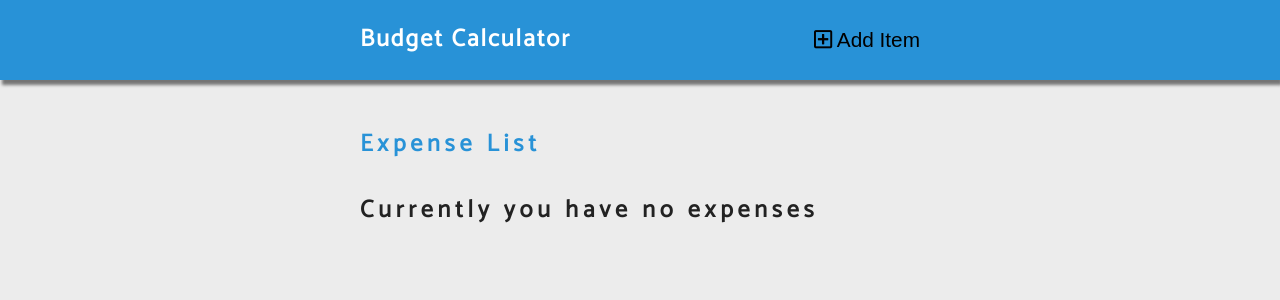
Repository: webdril/budget
Page: /
The author's editor kept a copy of each file at every save. The page is drawn from the files as they stood at one save, then again after the next save.
The browser window is 1280 px wide. The pictures show the whole page.
The project was rebuilt for these pictures with package versions that can differ from the ones it lists, and the page was loaded fresh each time. Also part of the build but not shown: src/Expense.svelte.

Above is the page before, as saved 2020-03-02 00:58:46.

### public/index.html
<!DOCTYPE html>
<html lang="en">
<head>
	<meta charset='utf-8'>
	<meta name='viewport' content='width=device-width,initial-scale=1'>

	<title>Budget Calculator</title>

	<link rel='icon' type='image/png' href='/favicon.png'>
	<link rel='stylesheet' href='/global.css'>
	<link rel='stylesheet' href='/build/bundle.css'>
	<!-- Font Awesome -->
	<link rel="stylesheet" href="fontawesome-free-5.11.2-web/css/all.min.css">

	<script defer src='/build/bundle.js'></script>
</head>

<body>
</body>
</html>

### src/App.svelte
<script>
// components
import Navbar from './Navbar.svelte'
import ExpensesList from './ExpensesList.svelte'

// Data
import expensesData from './expenses';

// variables
let expenses = [...expensesData];
</script>

<!-- CSS/STYLING -->

<Navbar />
<main class="content">
	<ExpensesList />
</main>

### src/Navbar.svelte
<nav class="nav">
	<div class="nav-center">
		<h1 class="nav-title">Budget Calculator</h1>
		<button type="button" class="nav-btn">
			<i class="far fa-plus-square" />
			Add Item
		</button>
	</div>
</nav>

### src/ExpensesList.svelte
<script>
import SectionTitle from './Title.svelte';
import Expense from './Expense.svelte';
export let expenses = [];
</script>

<section>
    <SectionTitle title= 'expense list' />
    <ul>
        {#each expenses as expense}
            <Expense />
            {:else}
                <h2>Currently you have no expenses</h2>

        {/each}
    </ul>
</section>

### src/Title.svelte
<script>
export let title = "default title";

</script>


<div class="main-title">
 <h2>{title}</h2>
</div>

### public/global.css
/*
======
Fonts
======
*/
@import url("https://fonts.googleapis.com/css?family=Catamaran:300,400&display=swap");
/*
======
Variables
======
*/
:root {
  --primaryColor: #2892d7;
  --mainWhite: #fff;
  --offWhite: #f7f7f7;
  --mainBlack: #222;
  --mainGrey: #ececec;
  --darkGrey: #afafaf;
  --mainTransition: all 0.3s linear;
  --mainSpacing: 0.3rem;
  --lightShadow: 2px 5px 3px 0px rgba(0, 0, 0, 0.5);
  --darkShadow: 4px 10px 5px 0px rgba(0, 0, 0, 0.5);
  --mainBorderRadius: 0.25rem;
}
/*
======
Global Styles
======
*/
* {
  margin: 0;
  padding: 0;
  box-sizing: border-box;
}

body {
  font-family: "Catamaran", sans-serif;
  color: var(--mainBlack);
  background: var(--mainGrey);
  line-height: 1.4;
  font-size: 1rem;
  font-weight: 300;
}
h1,
h2,
h3,
h4,
h5,
h6 {
  font-family: "Catamaran", sans-serif;
  margin-bottom: 1.25rem;
  letter-spacing: var(--mainSpacing);
}
p {
  margin-bottom: 1.25rem;
}
ul {
  list-style-type: none;
}
a {
  text-decoration: none;
  color: var(--mainBlack);
}
/*
======
Buttons
======
*/
.btn,
.btn-white,
.btn-primary {
  text-transform: uppercase;
  letter-spacing: var(--mainSpacing);
  color: var(--primaryColor);
  border: 2px solid var(--primaryColor);
  padding: 0.45rem 0.8rem;
  display: inline-block;
  transition: var(--mainTransition);
  cursor: pointer;
  font-size: 0.8rem;
  border-radius: var(--mainBorderRadius);
  background: transparent;
}
.btn:hover {
  background: var(--primaryColor);
  color: var(--mainWhite);
}
.btn-white {
  background: transparent;
  color: var(--primaryColor);
  border-color: var(--primaryColor);
}
.btn-white:hover {
  background: var(--mainWhite);
  color: var(--primaryColor);
}
.btn-primary {
  background: var(--primaryColor);
  color: var(--mainWhite);
  border-color: var(--primaryColor);
}
.btn-primary:hover {
  background: transparent;
  color: var(--primaryColor);
}
.btn-block {
  width: 100%;
  display: block;
  margin: 0 auto;
  box-shadow: var(--lightShadow);
}
.disabled {
  color: var(--darkGrey);
  border-color: var(--darkGrey);
}
.disabled:hover {
  background: transparent;
  color: var(--darkGrey);
  border-color: var(--darkGrey);
}
/*
======
Navbar
======
*/
.nav {
  background: var(--primaryColor);
  height: 5rem;
  display: flex;
  align-items: center;
  box-shadow: var(--lightShadow);
}

.nav-center {
  width: 85%;
  max-width: 35rem;
  margin: 0 auto;
  display: flex;
  justify-content: space-between;
}
.nav-title {
  text-transform: capitalize;
  color: var(--mainWhite);
  margin-bottom: 0;
  letter-spacing: 2px;
}
.nav-btn {
  background: transparent;
  font-size: 1.3rem;
  border: none;
  cursor: pointer;
  text-transform: capitalize;
  transition: var(--mainTransition);
}
.nav-btn:hover {
  color: var(--darkGrey);
}
/*
======
Content
======
*/
.content {
  padding: 3rem 0;
  width: 85vw;
  max-width: 35rem;
  margin: 0 auto;
}

/*
======
Main Title
======
*/
.main-title {
  text-transform: capitalize;
  color: var(--primaryColor);
  margin-bottom: 2rem;
}
/*
======
Single Expense
======
*/
.single-expense {
  display: flex;
  justify-content: space-between;
  text-transform: capitalize;
  align-items: center;
  margin-bottom: 2rem;
  padding: 1.3rem 1rem;
  border-radius: var(--mainBorderRadius);
  background: var(--mainWhite);
  box-shadow: var(--lightShadow);
}
.single-expense h2 {
  margin-bottom: 0;
  font-weight: 300;
}
.single-expense h4 {
  margin-bottom: 0;
  margin-top: 1rem;
  font-weight: 300;
  color: var(--primaryColor);
}

.expense-btn {
  font-size: 1rem;
  background: transparent;
  border: none;
  margin: 0 0.4rem;
  transition: var(--mainTransition);
  cursor: pointer;
}
.expense-btn:hover {
  transform: scale(1.2);
}
.amount-btn {
  font-size: 1.3rem;
  background: transparent;
  border: none;
  cursor: pointer;
  color: var(--primaryColor);
}
.delete-btn {
  color: red;
}
.edit-btn {
  color: green;
}
/*
======
Expense Form
======
*/

.expense-form {
  background: var(--mainWhite);
  padding: 1.25rem 1rem;
  text-transform: capitalize;
  border-radius: var(--mainBorderRadius);
  box-shadow: var(--lightShadow);
}

.form-control label {
  display: block;
}
.form-control input {
  width: 100%;
  border: none;
  border-bottom: 2px solid var(--darkGrey);
  margin-bottom: 1.25rem;
  padding: 0.5rem;
  font-size: 1.2rem;
}
.form-empty {
  text-align: center;
  color: red;
}
.form {
  position: relative;
  margin-bottom: 5rem;
}
.close-btn {
  position: absolute;
  top: 0;
  right: 0;
  font-size: 1.2rem;
  text-transform: capitalize;
  display: flex;
  align-items: center;
  width: 4.2rem;
  justify-content: space-between;
  background: transparent;
  border: none;
  color: red;
  cursor: pointer;
}
/*
======
Modal
======
*/
.modal-container {
  position: fixed;
  top: 0;
  left: 0;
  right: 0;
  bottom: 0;
  background: rgba(0, 0, 0, 0.7);
  z-index: 2;
}
.modal-content {
  background: var(--mainWhite);
  width: 85vw;
  max-width: 35rem;
  margin: 0 auto;
  margin-top: 5rem;
  padding: 3rem;
  border-radius: var(--mainBorderRadius);
  position: relative;
}
.modal-content .expense-form {
  box-shadow: none;
}
.modal-container .form {
  margin-bottom: 0;
}
.modal-container .expense-form {
  padding: 1.25rem 0;
}
.modal-container .form {
  position: static;
}
.modal-container .close-btn {
  top: 2%;
  right: 3%;
}
/*
======
Github Users
======
*/

.user {
  margin: 2rem 0;
  box-shadow: var(--lightShadow);
  display: grid;
  grid-template-columns: auto 1fr;
  border-radius: var(--mainBorderRadius);
  grid-column-gap: 2rem;
  background: var(--mainWhite);
}
.user img {
  width: 6rem;
  border-top-left-radius: var(--mainBorderRadius);
  border-bottom-left-radius: var(--mainBorderRadius);
}
.user-info {
  padding-top: 0.75rem;
}
.user-info h3 {
  margin-bottom: 0.75rem;
}

Loaded but not shown: src/main.js (common file); src/expenses.js (common file); public/fontawesome-free-5.11.2-web/css/all.min.css (library)

After the next save:
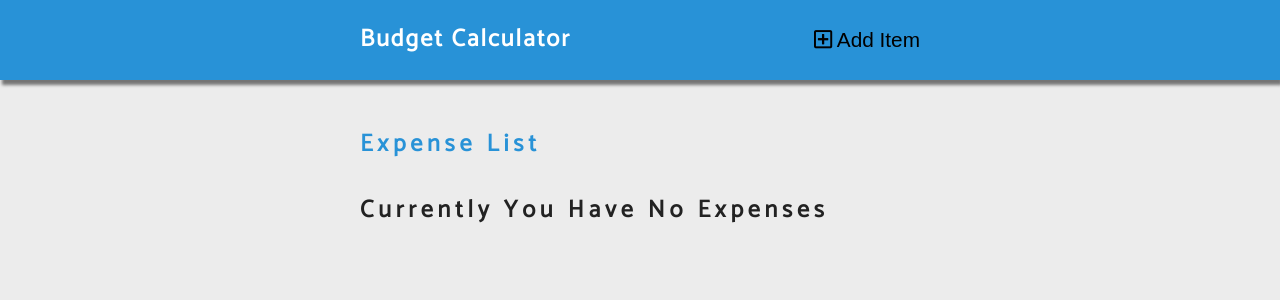
Saved 38 s later.
--- a/src/ExpensesList.svelte
+++ b/src/ExpensesList.svelte
@@ -3,6 +3,12 @@ import SectionTitle from './Title.svelte';
 import Expense from './Expense.svelte';
 export let expenses = [];
 </script>
+
+<style>
+    h2 {
+        text-transform: capitalize;
+    }
+</style>
 
 <section>
     <SectionTitle title= 'expense list' />
@@ -11,7 +17,6 @@ export let expenses = [];
             <Expense />
             {:else}
                 <h2>Currently you have no expenses</h2>
-
         {/each}
     </ul>
 </section>
